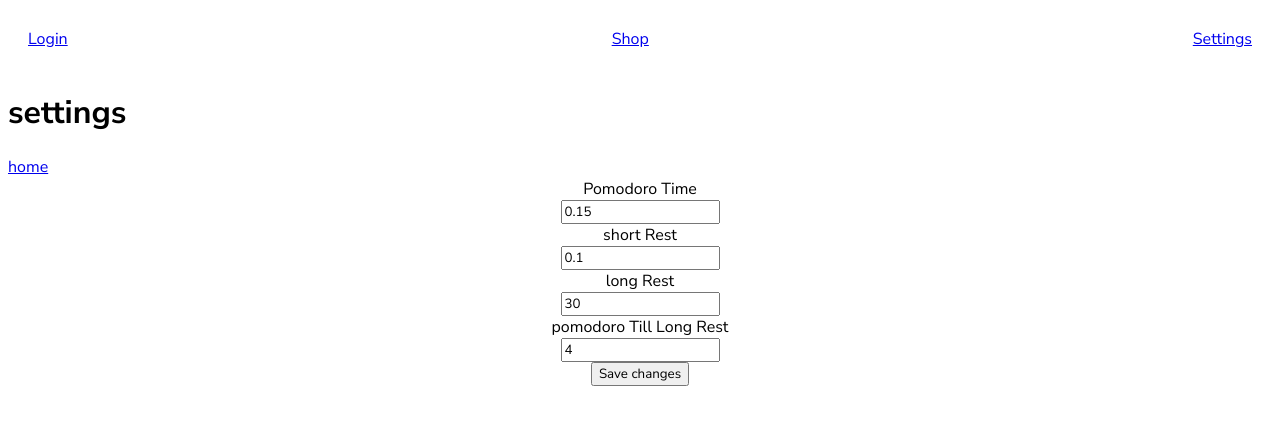
Repository: David-Waite/StudyTimer
Page: /settings
An editor plug-in stored every save of this project. The page is shown before and after the next save, followed by the edit.
The browser window is 1280 px wide. The pictures show the whole page.
The project was rebuilt for these pictures with package versions that can differ from the ones it lists, and the page was loaded fresh each time. Also part of the build but not shown: vite.config.js, src/views/LoginView.vue, src/stores/timer.js, src/components/TimerItem.vue, src/views/HomeView.vue, src/views/ShopView.vue, src/views/SignupView.vue.

Above is the page before, as saved 2024-04-17 18:05:01.

After the next save:
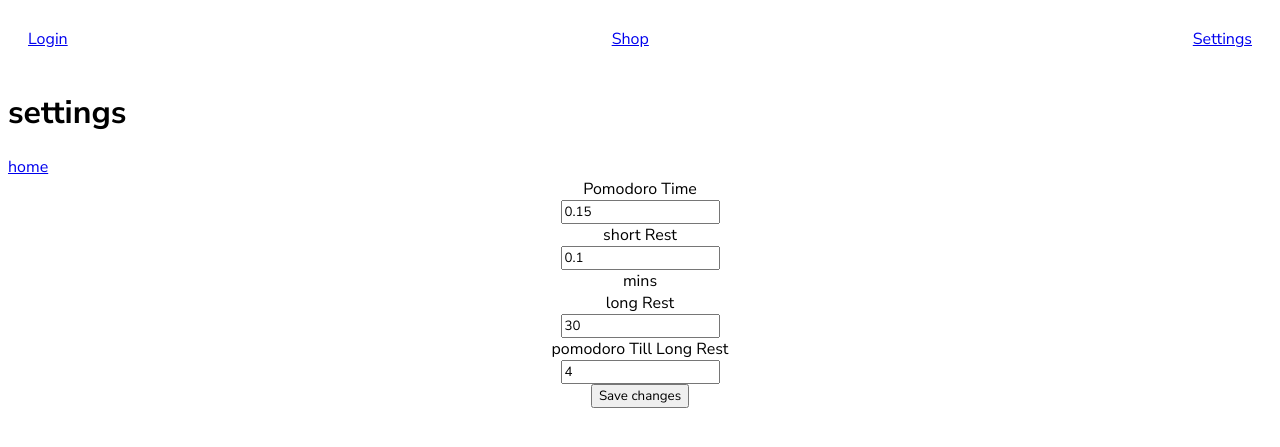
Saved 26 s later.
--- a/src/views/SettingsView.vue
+++ b/src/views/SettingsView.vue
@@ -5,7 +5,7 @@
     <label for="pomodoroTime">Pomodoro Time</label>
     <input v-model="pomodoroTime" type="number" id="pomodoroTime" required />
     <label for="shortRest">short Rest</label>
-    <input v-model="shortRest" type="number" id="shortRest" required />
+    <input v-model="shortRest" type="number" id="shortRest" required /><span>mins</span>
     <label for="longRest">long Rest</label>
     <input v-model="longRest" type="number" id="longRest" required />
     <label for="longRest">pomodoro Till Long Rest</label>

After the save that followed:
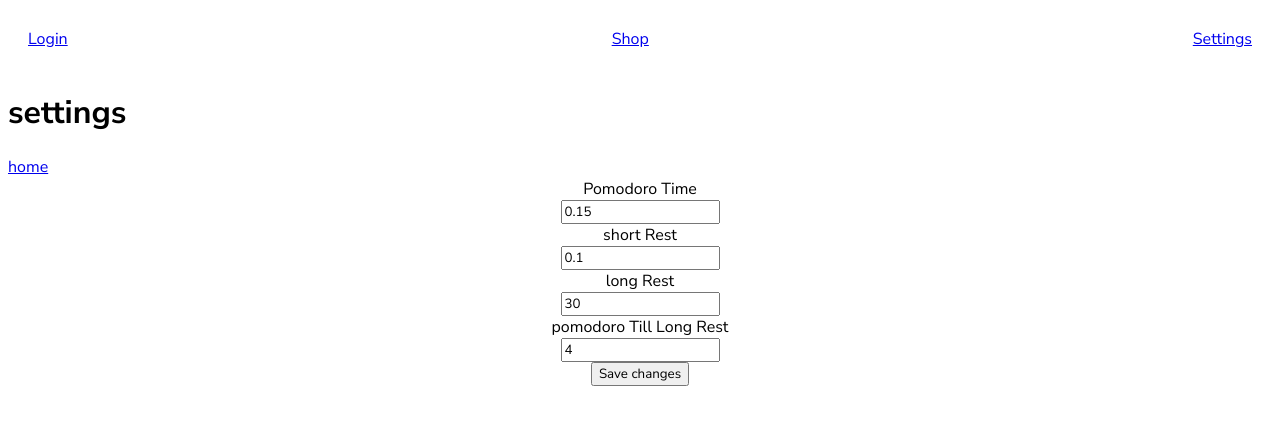
Saved 6 s later.
--- a/src/views/SettingsView.vue
+++ b/src/views/SettingsView.vue
@@ -5,7 +5,7 @@
     <label for="pomodoroTime">Pomodoro Time</label>
     <input v-model="pomodoroTime" type="number" id="pomodoroTime" required />
     <label for="shortRest">short Rest</label>
-    <input v-model="shortRest" type="number" id="shortRest" required /><span>mins</span>
+    <input v-model="shortRest" type="number" id="shortRest" required />
     <label for="longRest">long Rest</label>
     <input v-model="longRest" type="number" id="longRest" required />
     <label for="longRest">pomodoro Till Long Rest</label>
